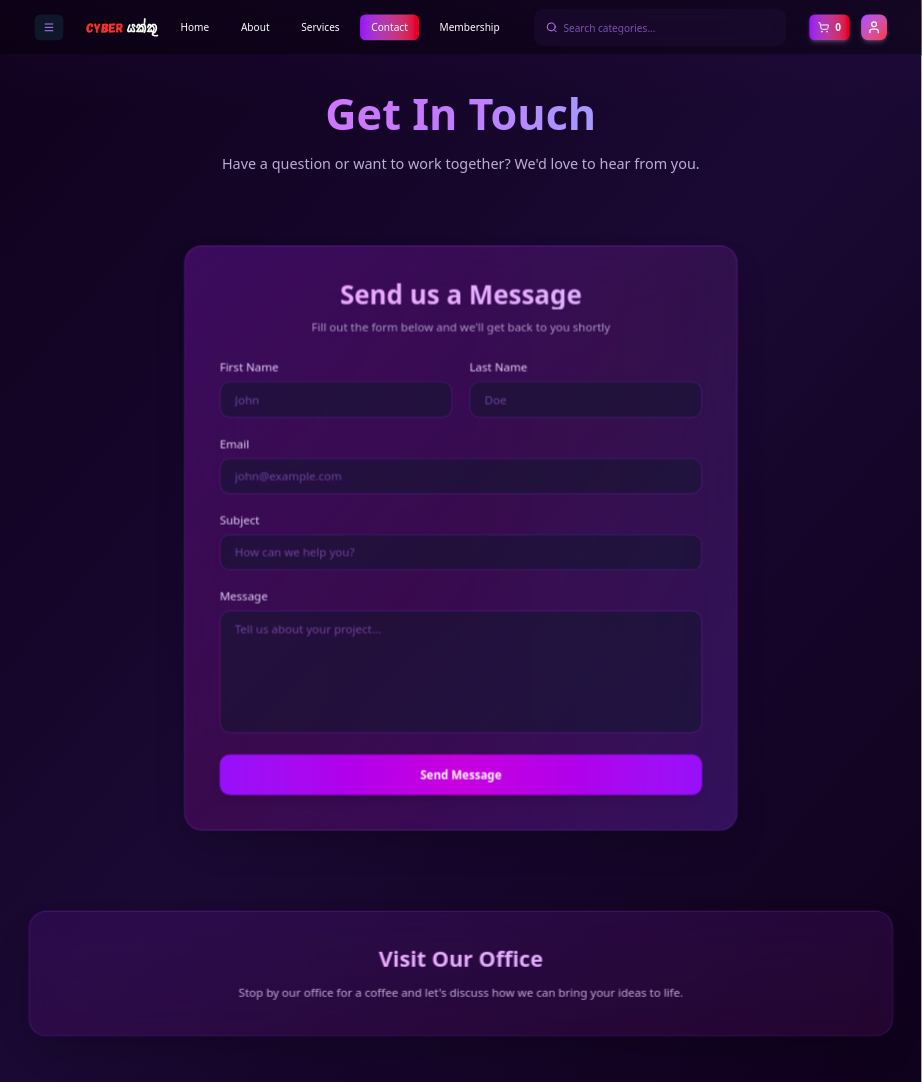
Repository: chamodya-hirusha/mta_sa_cyber_yakku_web
Page: /contact
The author's editor kept a copy of each file at every save. The page is drawn from the files as they stood at one save, then again after a run of saves.
The browser window is 1280 px wide. The pictures show the whole page, at 72% of full size.
The project was rebuilt for these pictures with package versions that can differ from the ones it lists, and the page was loaded fresh each time. The framework's server and built-in components were replaced by stand-ins that run in the browser. Also part of the build but not shown: next.config.mjs, components/user/UserProfileSection.jsx, components/navigation/NavigationLinks.jsx, components/ui/dialog.jsx, components/LoginPopup.jsx. Imported but missing from the stored project, and not drawn on this page: components/AdditionalMenu, components/SideNavHeader.

Above is the page before, as saved 2025-10-19 14:02:04.

After the next 2 saves:
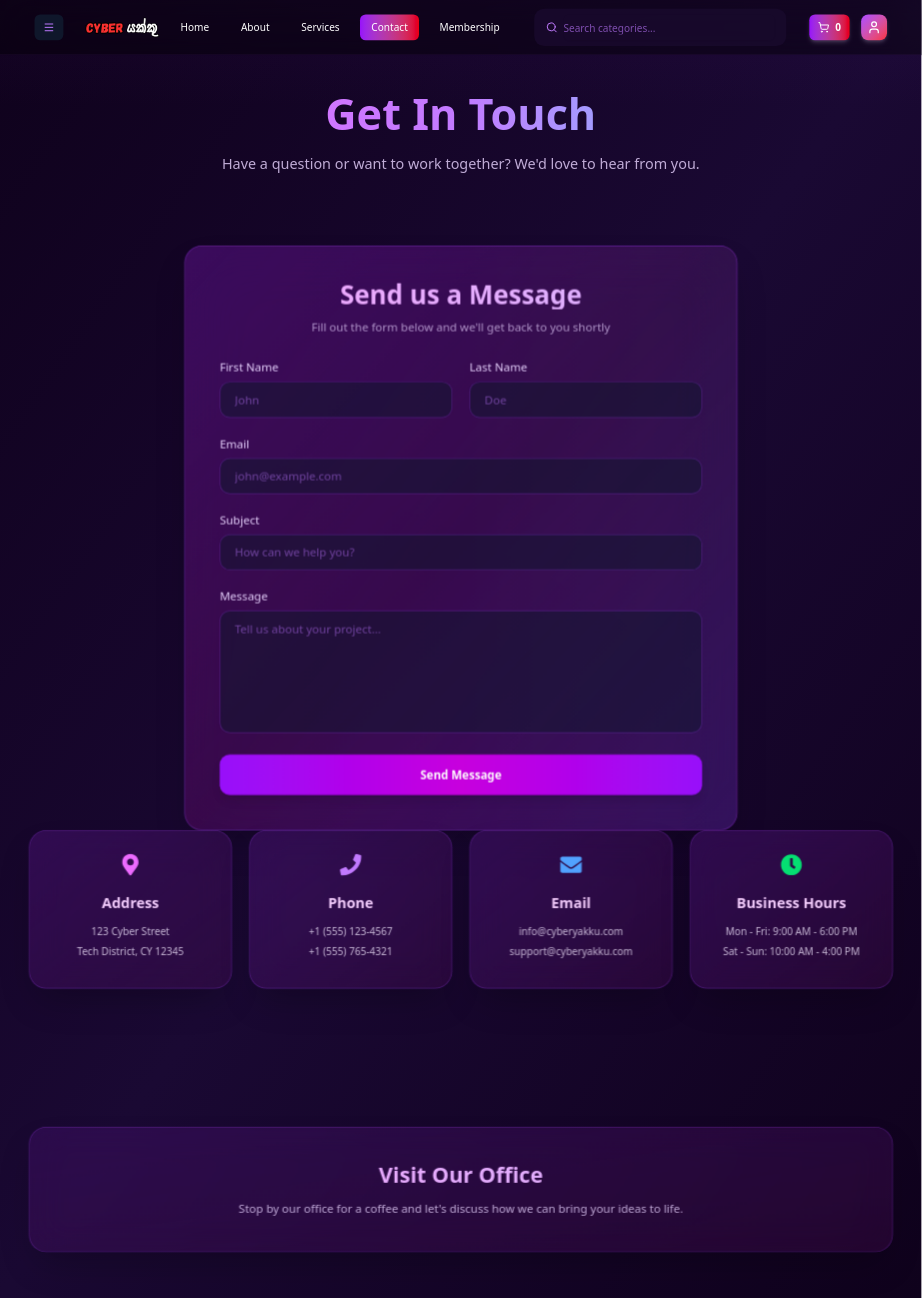
The 2 saves are shown as one change because they came seconds apart.
The last was saved 10 s later.
--- a/app/contact/page.jsx
+++ b/app/contact/page.jsx
@@ -200,6 +200,30 @@ export default function ContactPage() {
               </div>
             </div>
           </div>
+
+            <div className="grid md:grid-cols-2 lg:grid-cols-4 gap-6 mb-20">
+            {contactInfo.map((info, index) => (
+              <div
+                key={index}
+                className="group relative bg-gradient-to-br from-purple-900/40 to-fuchsia-900/20 backdrop-blur-xl p-8 rounded-3xl shadow-2xl border border-purple-500/30 text-center hover:scale-105 transition-all duration-300 hover:shadow-fuchsia-500/20 overflow-hidden"
+              >
+                <div className={`absolute inset-0 bg-gradient-to-br ${info.gradient} opacity-0 group-hover:opacity-100 transition-opacity duration-300`}></div>
+                <div className="relative z-10">
+                  <div className="mb-6 flex justify-center transform group-hover:scale-110 group-hover:rotate-6 transition-transform duration-300">
+                    {info.icon}
+                  </div>
+                  <h3 className="text-xl font-bold mb-4 text-fuchsia-200">
+                    {info.title}
+                  </h3>
+                  {info.details.map((detail, idx) => (
+                    <p key={idx} className="text-purple-100/80 mb-2 text-sm">
+                      {detail}
+                    </p>
+                  ))}
+                </div>
+              </div>
+            ))}
+          </div>
         </div>
       </section>
 
